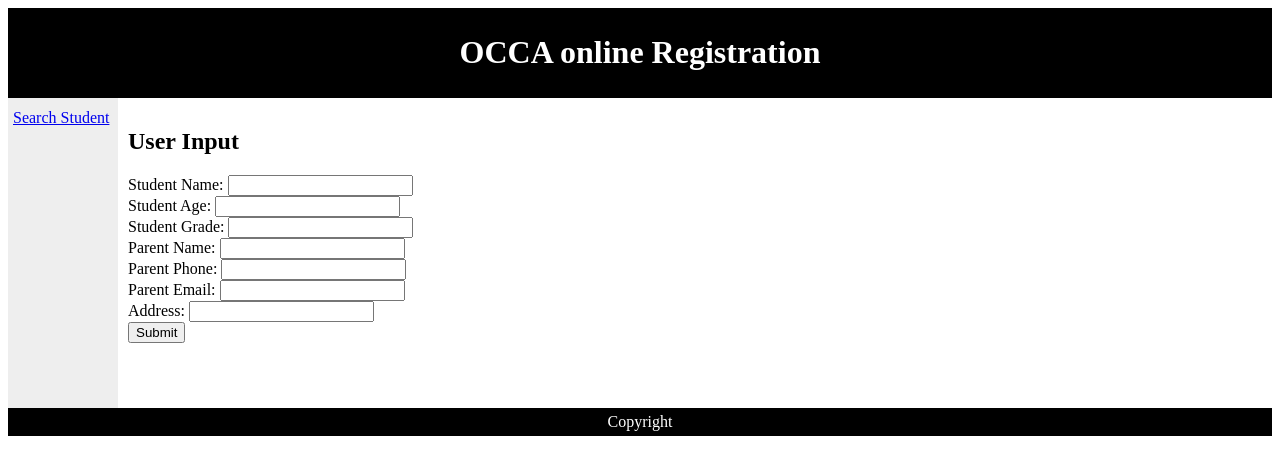
Repository: dreamxia329/TechExercise4830
Page: T3-0325-xia/T3-webProject-Xia/WebContent/register.html
The author's editor kept a copy of each file at every save. The page is drawn from the files as they stood at one save, then again after the next save.
The browser window is 1280 px wide. The pictures show the whole page.

Above is the page before, as saved 2022-03-31 00:12:42.

After the next save:
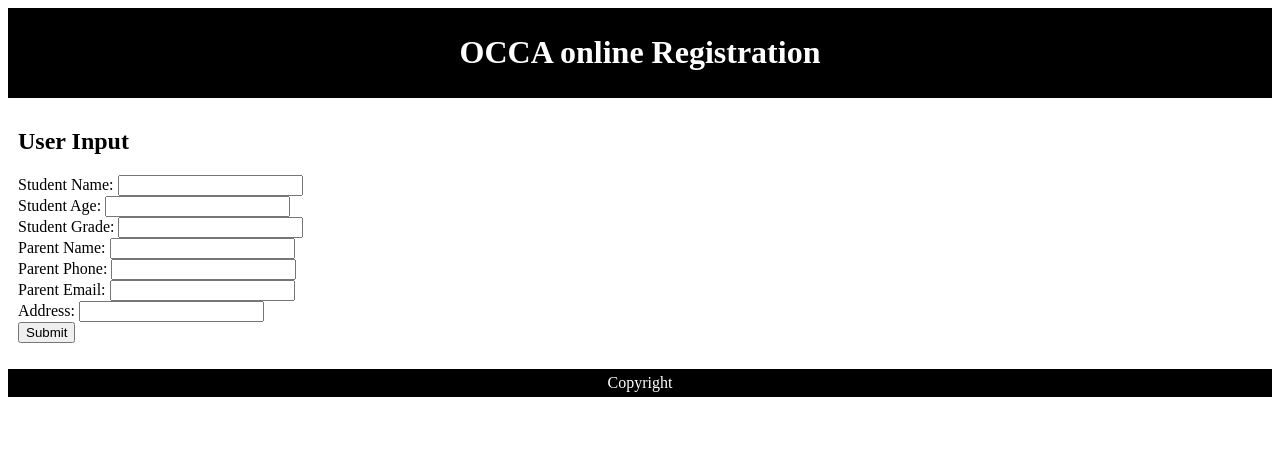
Saved 4 min 42 s later.
--- a/T3-0325-xia/T3-webProject-Xia/WebContent/register.html
+++ b/T3-0325-xia/T3-webProject-Xia/WebContent/register.html
@@ -35,10 +35,6 @@ footer {
 <h1> OCCA online Registration </h1>
 </header>
 
-<nav>
-<a href="/T3-webProject-Xia/search.html">Search Student</a> <br>
-</nav>
-
 <section>
 	<h1>User Input</h1>
 
